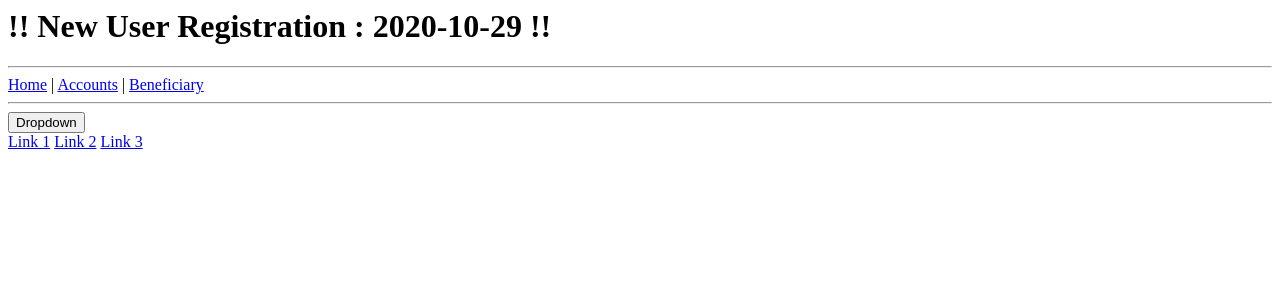
Repository: anik84/ibs
Page: http://localhost/IBS/user_accounts.jsp
These files come from the project's save history. The page is drawn as it stood at one moment and after the next save; the edit follows.
The browser window is 1280 px wide. The pictures show the whole page.
The page is served by Tomcat 9. Other server files are loaded and not shown.

Above is the page before, as saved 2020-10-29 07:43:26.

### IBS_JSPs/IBS/WebContent/user_accounts.jsp
<%@page import="java.time.LocalDate"%>
<html>
<head>
<title>new user registration</title>
</head>
<body>
	<h1>
		!! New User Registration :
		<%=LocalDate.now()%>
		!!
	</h1>
	<jsp:include page="user_home_menu.jsp" />
	<form action="useraccounts" method="POST">
		<div class="dropdown">
		<button class="dropbtn">Dropdown</button>
		<div class="dropdown-content">
			<a href="#">Link 1</a> <a href="#">Link 2</a> <a href="#">Link 3</a>
		</div>
	</div>
	</form>
</body>
</html>

### IBS_JSPs/IBS/WebContent/user_home_menu.jsp
<nav>
	<hr />
	 <a href="user_home.jsp">Home</a>
	 <span> | </span>
	 <a href="user_accounts.jsp">Accounts</a>
	 <span> | </span>
	 <a href="user_benificiary.jsp">Beneficiary</a>
	<hr />
</nav>

After the next save:
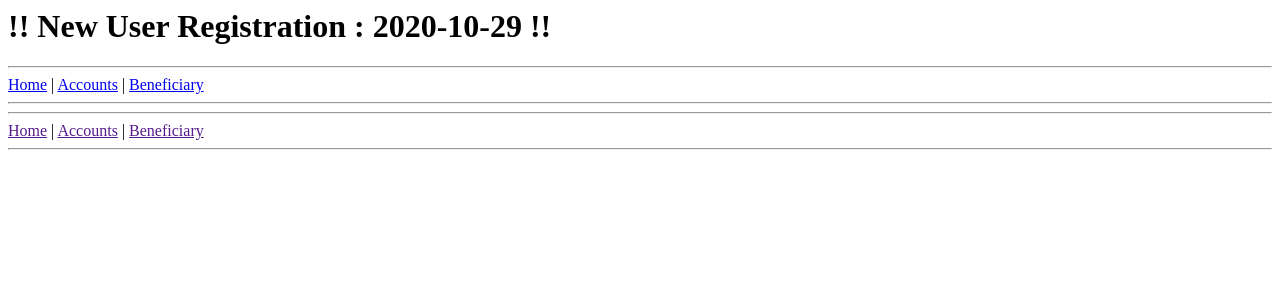
Saved 84 s later.
--- a/IBS_JSPs/IBS/WebContent/user_accounts.jsp
+++ b/IBS_JSPs/IBS/WebContent/user_accounts.jsp
@@ -10,13 +10,13 @@
 		!!
 	</h1>
 	<jsp:include page="user_home_menu.jsp" />
-	<form action="useraccounts" method="POST">
-		<div class="dropdown">
-		<button class="dropbtn">Dropdown</button>
-		<div class="dropdown-content">
-			<a href="#">Link 1</a> <a href="#">Link 2</a> <a href="#">Link 3</a>
-		</div>
-	</div>
-	</form>
+	<hr />
+		<a href="">Home</a>
+		<span> | </span>
+		<a href="">Accounts</a>
+		<span> | </span>
+		<a href="">Beneficiary</a>
+	<hr />
+
 </body>
 </html>
